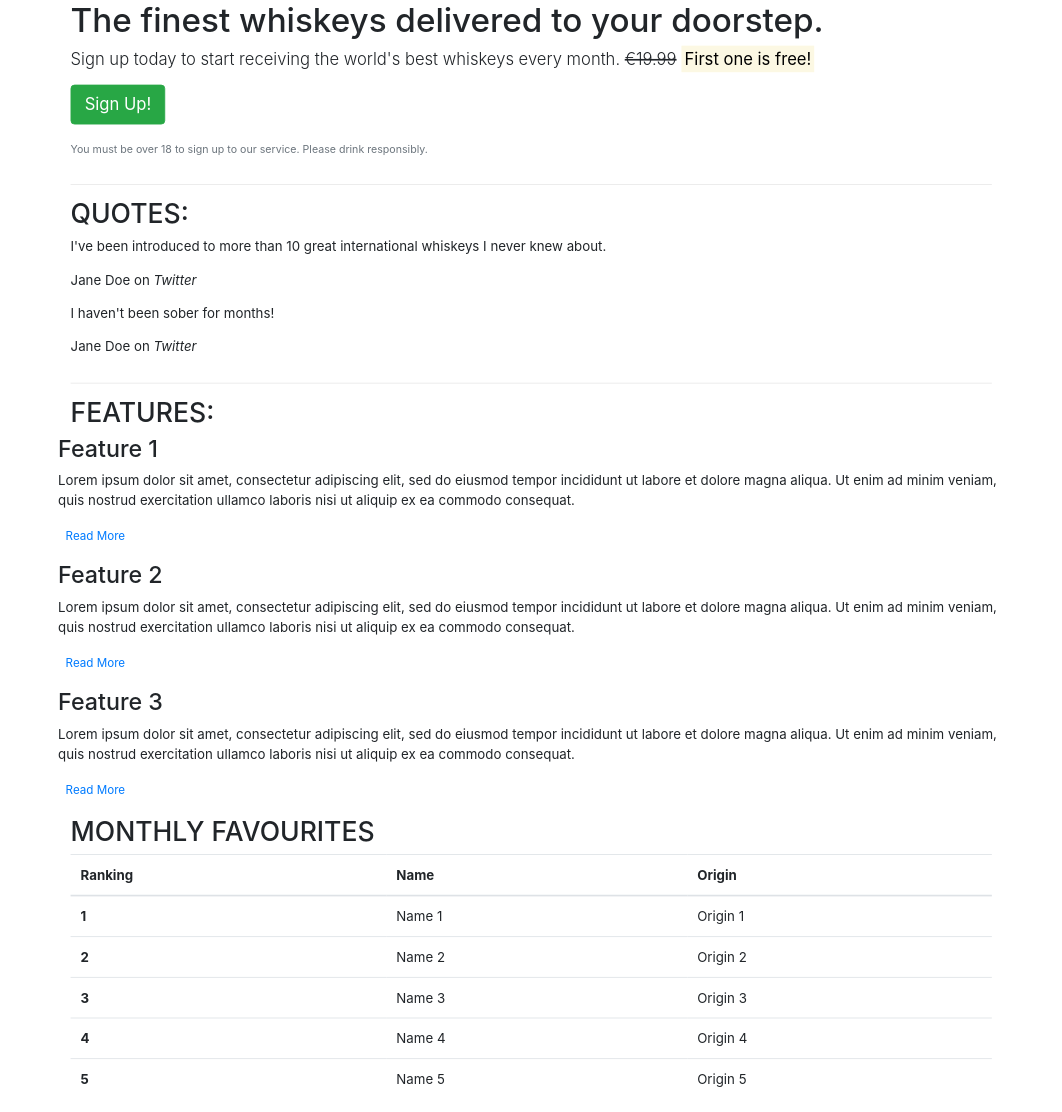
Repository: ElaineArchbold/bootstrap_landing_page1
Page: index.html
The author's editor kept a record of every edit. The page is drawn from the files as they stood at one moment, then again after the next edit.
The browser window is 1280 px wide. The pictures show the whole page, at 83% of full size.

Above is the page before.

After the next edit:
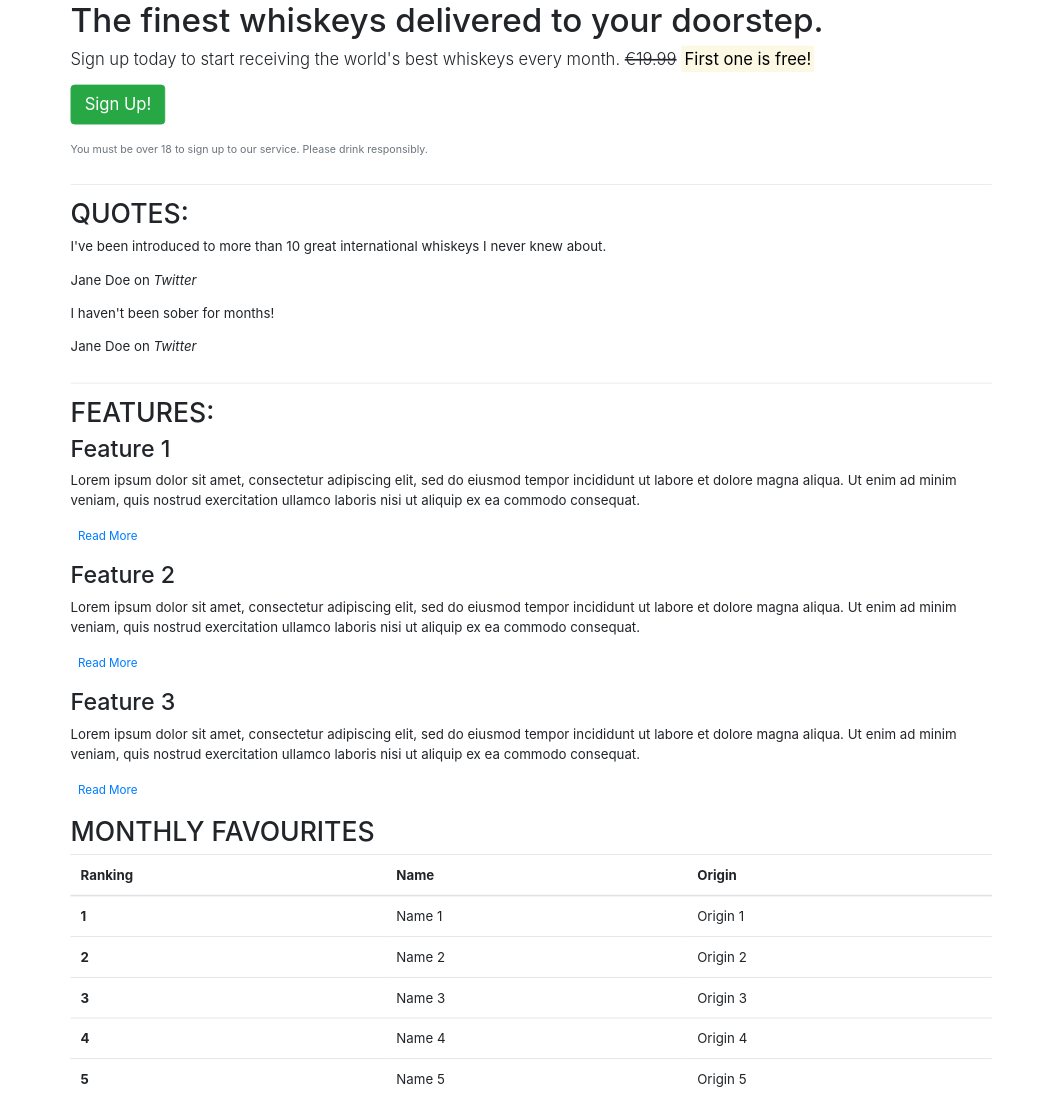
The edit:
--- a/index.html
+++ b/index.html
@@ -57,6 +57,7 @@
                 </div>
             </div>
             <div class="row">
+                <div class="col-12">
                 <div class="feature">
                     <h3>Feature 1</h3>
                     <p>Lorem ipsum dolor sit amet, consectetur adipiscing elit, sed do eiusmod tempor incididunt ut labore et dolore magna aliqua. Ut enim ad minim veniam, quis nostrud exercitation ullamco laboris nisi ut aliquip ex ea commodo consequat.</p>
